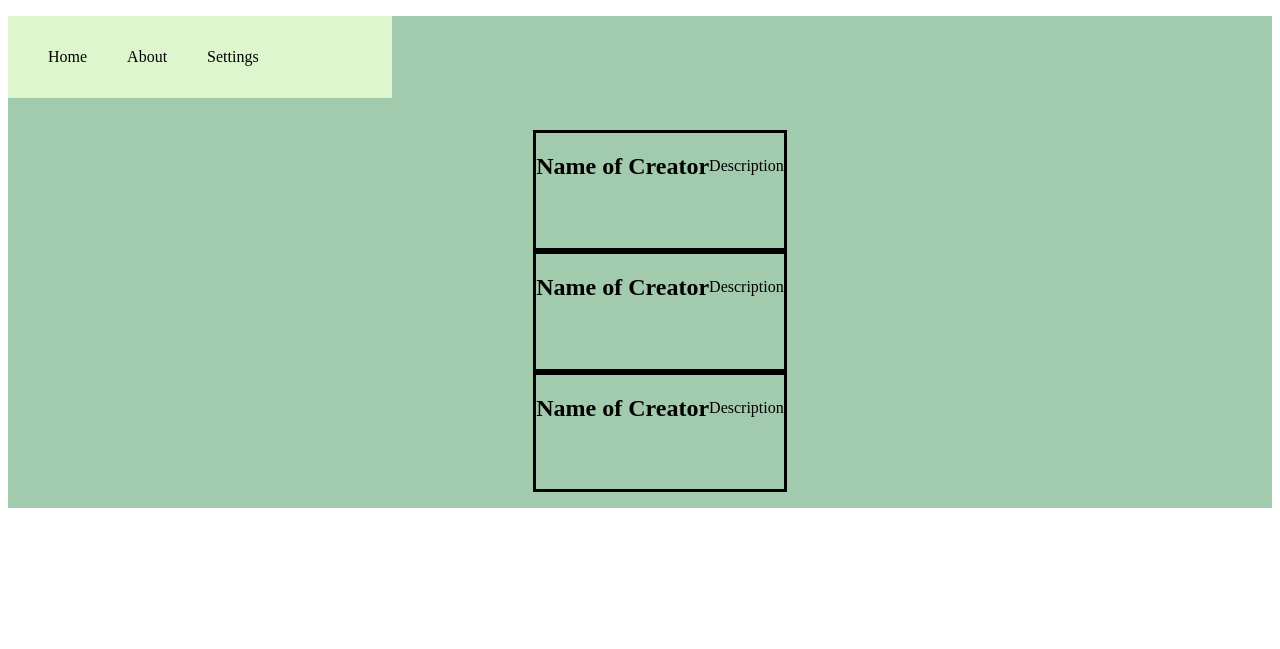
Repository: k8ANStar/Questify
Page: /About
The author's editor kept a copy of each file at every save. The page is drawn from the files as they stood at one save, then again after a run of saves.
The browser window is 1280 px wide. The pictures show the whole page.
The project was rebuilt for these pictures with package versions that can differ from the ones it lists, and the page was loaded fresh each time. The framework's server and built-in components were replaced by stand-ins that run in the browser. Also part of the build but not shown: next.config.mjs.

Above is the page before, as saved 2024-03-24 22:02:54.

### pages/About.js
import Card from "@/components/Card";
import Header from "@/components/Header";
import styles from "@/styles/About.module.css/";

export default function About() {
	return (
		<div className={styles.aboutPage}>
			<Header />
			<div className={styles.cardList}>
				<ul className={styles.list}>
					<li>
						<Card />
					</li>
					<li>
						<Card />
					</li>
					<li>
						<Card />
					</li>
				</ul>
			</div>
		</div>
	);
}

### components/Card/index.js
import styles from './Card.module.css'
import Image from 'next/image';

export default function Card() {
	return (
		<div>
			<section className={styles.cardContainer}>
				<div><Image/></div>
				<h2>Name of Creator</h2>
				<p>Description</p>
			</section>
		</div>
	);
}

### components/Header/index.js
import styles from "./Header.module.css";
import Link from "next/link";
export default function Header() {
	return (
		<>
			<ul className={styles.nav}>
				<li>
					<Link href={"/"} className={styles.home}>
						Home
					</Link>
				</li>
				<li>
					<Link href={"/About"} className={styles.about}>
						About
					</Link>
				</li>
				<li>
					<Link href={"/Settings"} className={styles.settings}>
						Settings
					</Link>
				</li>
			</ul>
		</>
	);
}

### styles/About.module.css
.cardList {
	justify-content: space-evenly;
	display: flex;
	list-style-type: none;
}

.list {
	list-style-type: none;
}

.aboutPage {
	background-color: rgb(162, 202, 173);
	width: 100%;
	height: 100%;
}

### components/Card/Card.module.css
.cardContainer {
	border: 3px solid black;
	display: flex;
	padding-bottom: 3rem;
	align-items: center;
	text-decoration: none;

}

### components/Header/Header.module.css
.nav {
	display: flex;
	list-style-type: none;
	text-decoration: none;
	padding: 2rem 2rem 2rem 2rem;
	width: 20rem;
	background-color: rgb(221, 246, 205);
}

.home,
.about,
.settings {
	text-decoration: none;
	color: var(--black);
	margin-right: 2rem;
	margin-left: 0.5rem;
	white-space: nowrap;
}

Loaded but not shown: pages/_app.js (common file); pages/_document.js (common file); styles/globals.css (common file)

After the next 4 saves:
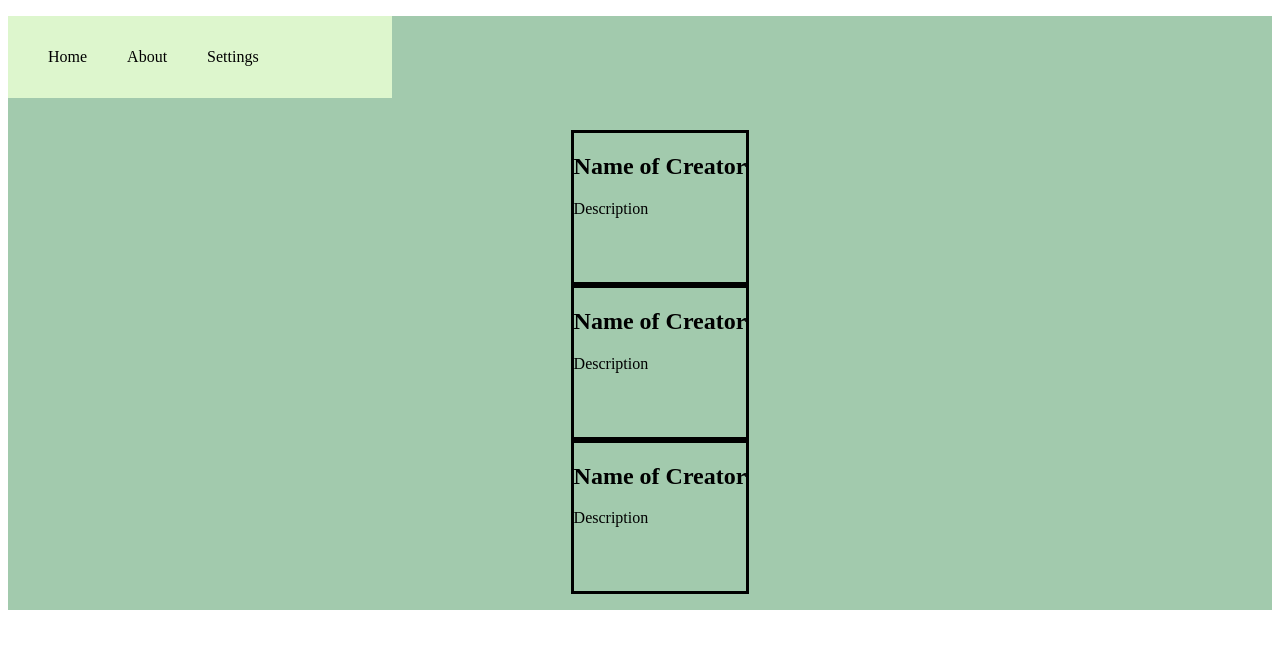
The 4 saves are shown as one change because they came seconds apart.
The last was saved 49 s later.
--- a/components/Card/index.js
+++ b/components/Card/index.js
@@ -5,9 +5,11 @@ export default function Card() {
 	return (
 		<div>
 			<section className={styles.cardContainer}>
-				<div><Image/></div>
-				<h2>Name of Creator</h2>
-				<p>Description</p>
+				<Image />
+				<div>
+					<h2>Name of Creator</h2>
+					<p>Description</p>
+				</div>
 			</section>
 		</div>
 	);
